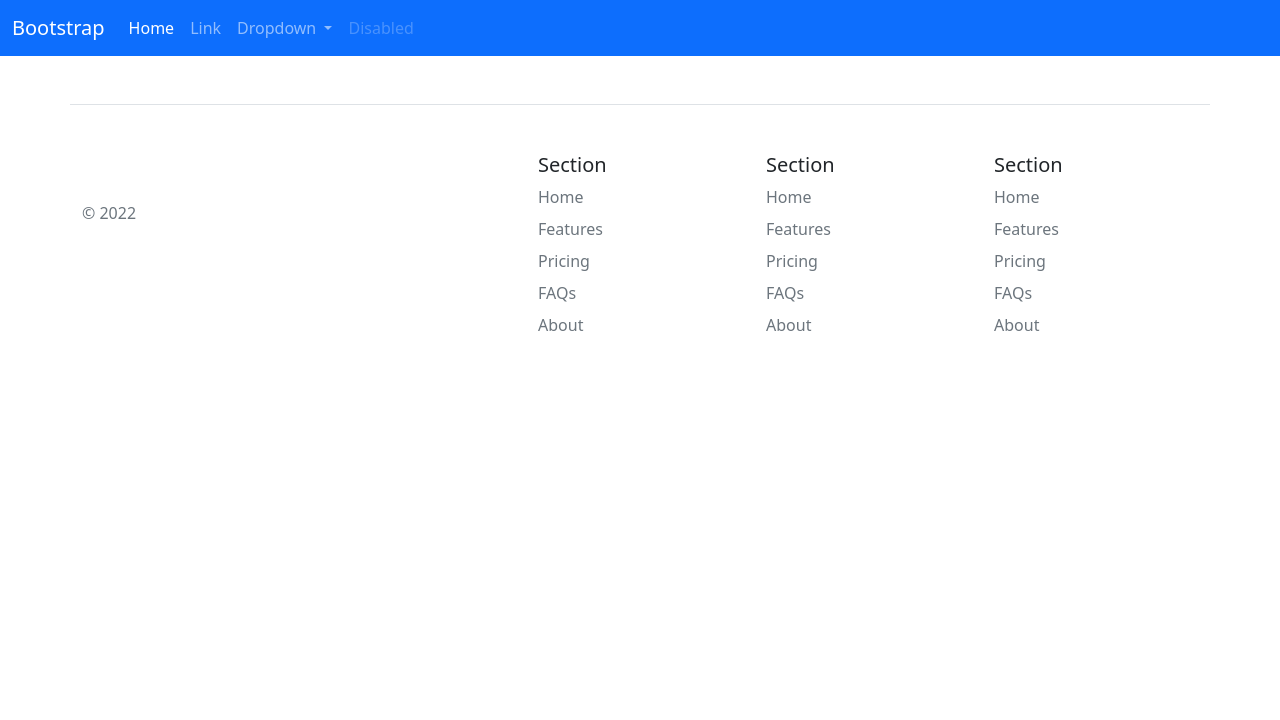
Repository: leosulzbach/Aula
Page: Bootstrap/bootstrap.html
The author's editor kept a copy of each file at every save. The page is drawn from the files as they stood at one save, then again after the next save.
The browser window is 1280 px wide. The pictures show the whole page.

Above is the page before, as saved 2022-05-26 14:10:05.

After the next save:
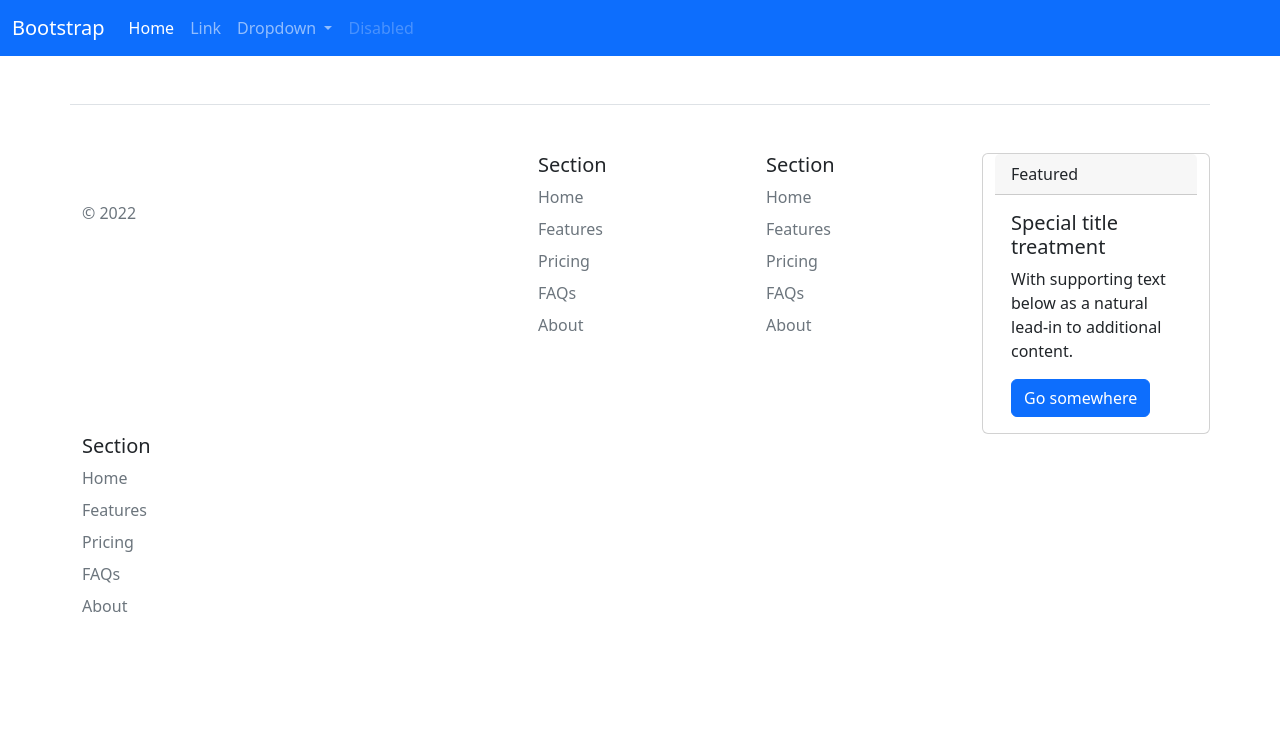
Saved 2 min 31 s later.
--- a/Bootstrap/bootstrap.html
+++ b/Bootstrap/bootstrap.html
@@ -82,6 +82,17 @@
             </ul>
           </div>
 
+          <div class="card">
+            <div class="card-header">
+              Featured
+            </div>
+            <div class="card-body">
+              <h5 class="card-title">Special title treatment</h5>
+              <p class="card-text">With supporting text below as a natural lead-in to additional content.</p>
+              <a href="#" class="btn btn-primary">Go somewhere</a>
+            </div>
+          </div>
+
           <div class="col mb-3">
             <h5>Section</h5>
             <ul class="nav flex-column">
